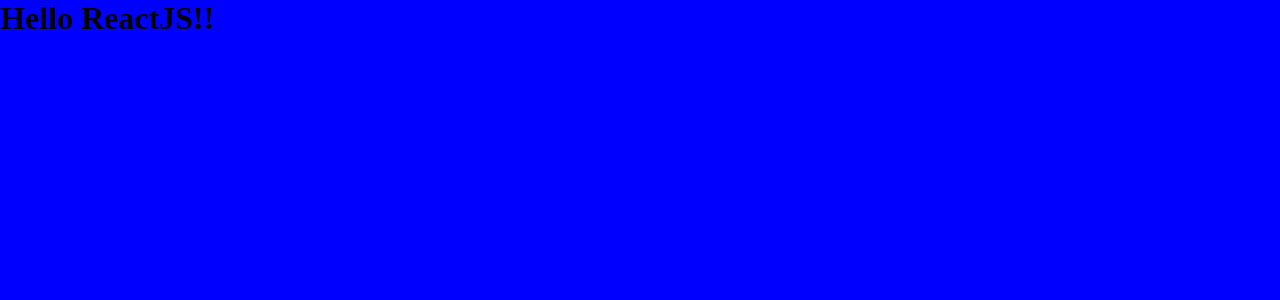
Repository: niltonmalves/01-githug-explorer
Page: /
These files come from the project's save history. The page is drawn as it stood at one moment and after the next save; the edit follows.
The browser window is 1280 px wide. The pictures show the whole page.
The project was rebuilt for these pictures with package versions that can differ from the ones it lists, and the page was loaded fresh each time. Also part of the build but not shown: webpack.config.js.

Above is the page before, as saved 2022-01-06 14:23:59.

After the next save:
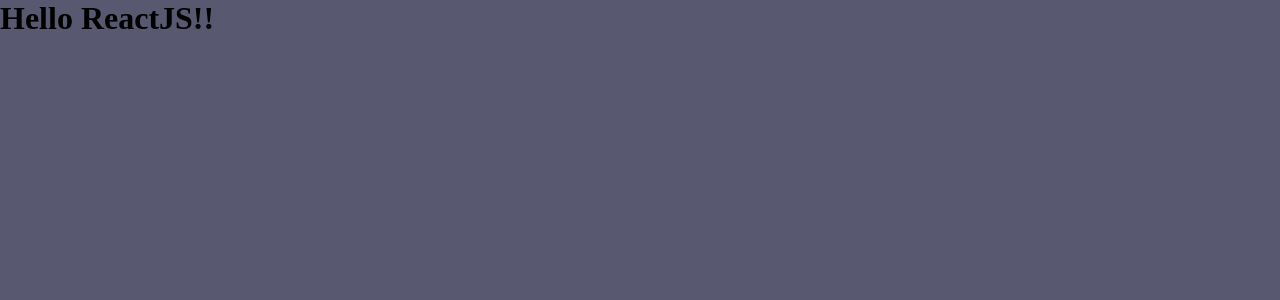
Saved 29 s later.
--- a/src/styles/global.css
+++ b/src/styles/global.css
@@ -6,5 +6,5 @@
 
 body {
     font: Arial, Helvetica, sans-serif;
-    background-color: blue;
+    background-color: rgb(88, 88, 112);
 }
